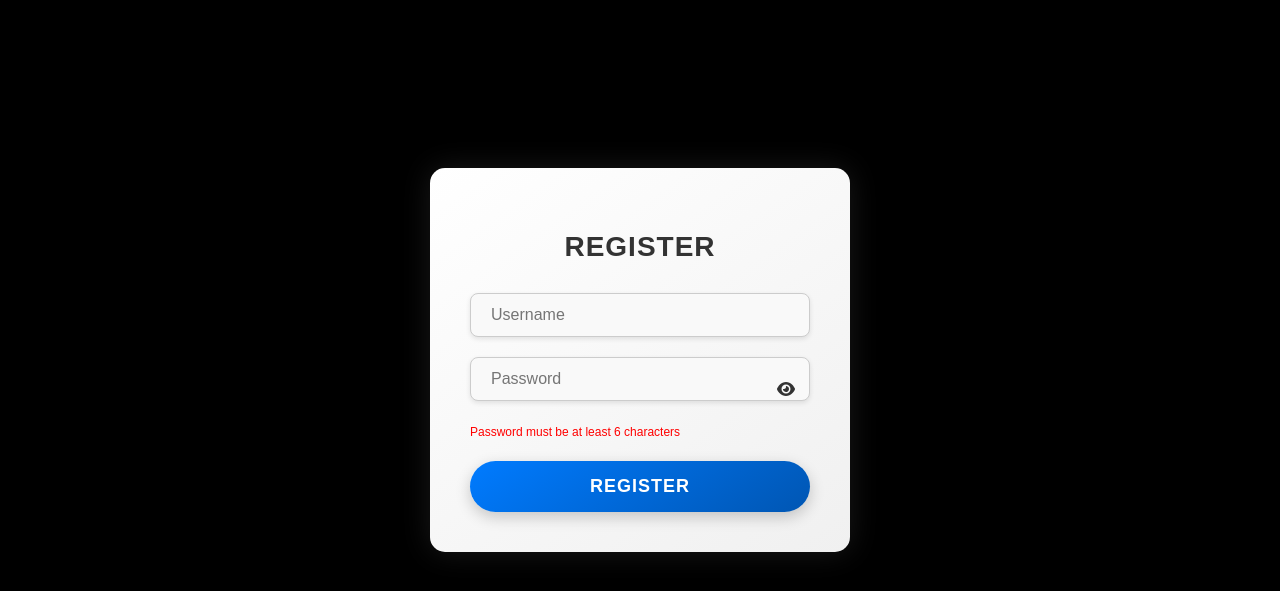
Repository: mdmisri/needy-talk
Page: /register (app in frontend/talk-d1/)
The author's editor kept a copy of each file at every save. The page is drawn from the files as they stood at one save, then again after a run of saves.
The browser window is 1280 px wide. The pictures show the whole page.
The page's requests for data from a server got no answer. The project was rebuilt for these pictures with package versions that can differ from the ones it lists, and the page was loaded fresh each time. No one was signed in, and anything a server would have sent is missing. Also part of the build but not shown: frontend/talk-d1/src/components/Login/Login.js, frontend/talk-d1/src/conversationUtils.js, frontend/talk-d1/src/hooks/useConversation.js, frontend/talk-d1/src/components/Chat/styles/Message.css, frontend/talk-d1/src/components/Chat/Message.js, frontend/talk-d1/src/components/Chat/ChatBox.js, frontend/talk-d1/src/components/Chat/AdminChatBox.js, frontend/talk-d1/src/components/Chat/AdminSelection.js and 1 more.

Above is the page before, as saved 2024-07-31 01:32:22.

After the next 6 saves:
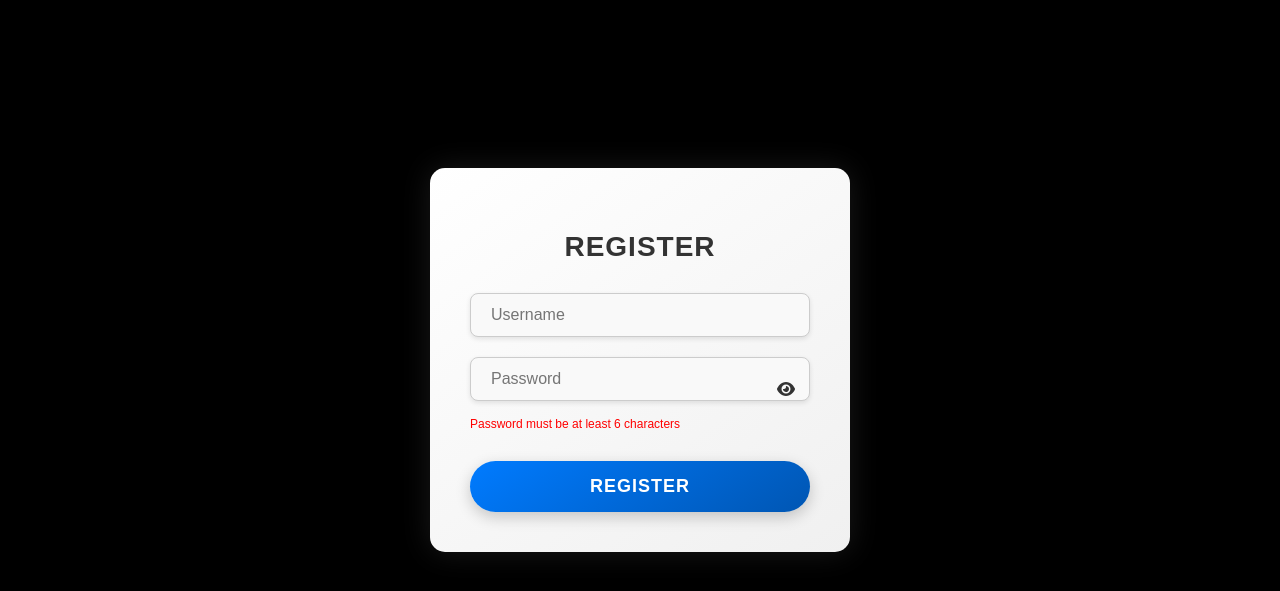
The 6 saves are shown as one change because they came seconds apart.
The last was saved 16 s later.
--- a/frontend/talk-d1/src/components/Register/Register.css
+++ b/frontend/talk-d1/src/components/Register/Register.css
@@ -79,7 +79,7 @@ body, html {
 
 .password-requirement {
     position: absolute;
-    bottom: -30px; /* Adjust this value if needed */
+    bottom: -22px; /* Adjust this value if needed */
     left: 0;
     width: 100%;
     text-align: left;
